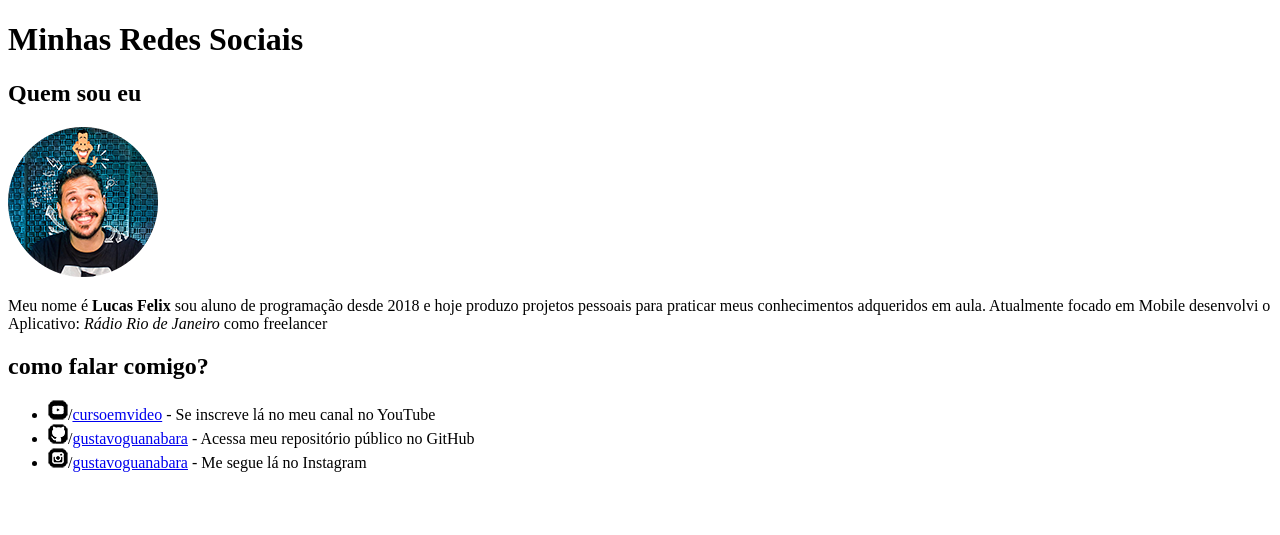
Repository: pheonix5/Estudo
Page: html-css/desafio/d005/index.html
An editor plug-in stored every save of this project. The page is shown before and after the next save, followed by the edit.
The browser window is 1280 px wide. The pictures show the whole page.

Above is the page before, as saved 2023-08-02 20:10:53.

### html-css/desafio/d005/index.html
<!DOCTYPE html>
<html lang="pt-br">
<head>
  <meta charset="UTF-8">
  <meta name="viewport" content="width=device-width, initial-scale=1.0">
  <link rel="shortcut icon" href="imagens/favicon-32x32.png" type="image/x-icon">
  <title>Social</title>
</head>
<body>
  <h1>Minhas Redes Sociais</h1>
  <h2>Quem sou eu</h2>
  <img src="imagens/foto-perfil-guanabara.png" alt="Foto-Perfil">
  <p>Meu nome é <strong>Lucas Felix</strong> sou aluno de programação desde 2018 e hoje produzo projetos pessoais para praticar meus conhecimentos adqueridos em aula. Atualmente focado em Mobile desenvolvi o Aplicativo: <em>Rádio Rio de Janeiro</em> como freelancer</p>
  <h2>como falar comigo?</h2>
  <ul>
    <li><img src="imagens/icone-youtube.png" alt="icon-youtube">/<a href="#">cursoemvideo</a> - Se inscreve lá no meu canal no YouTube</li>

    <li><img src="imagens/icone-github.png" alt="icon-github">/<a href="#">gustavoguanabara</a> - Acessa meu repositório público no GitHub</li>

    <li><img src="imagens/icone-instagram.png" alt="icon-github">/<a href="#">gustavoguanabara</a> - Me segue lá no Instagram</li>
  </ul>
  </body>
</html>

After the next save:
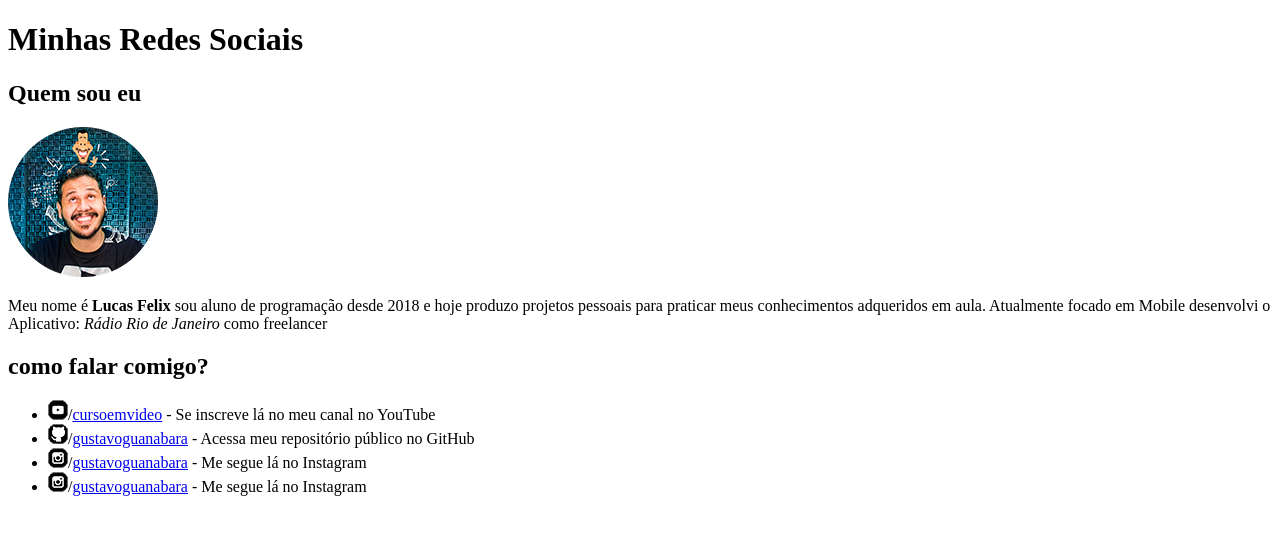
Saved 26 s later.
--- a/html-css/desafio/d005/index.html
+++ b/html-css/desafio/d005/index.html
@@ -18,6 +18,8 @@
     <li><img src="imagens/icone-github.png" alt="icon-github">/<a href="#">gustavoguanabara</a> - Acessa meu repositório público no GitHub</li>
 
     <li><img src="imagens/icone-instagram.png" alt="icon-github">/<a href="#">gustavoguanabara</a> - Me segue lá no Instagram</li>
+
+    <li><img src="imagens/icone-instagram.png" alt="icon-github">/<a href="#">gustavoguanabara</a> - Me segue lá no Instagram</li>
   </ul>
   </body>
 </html>
